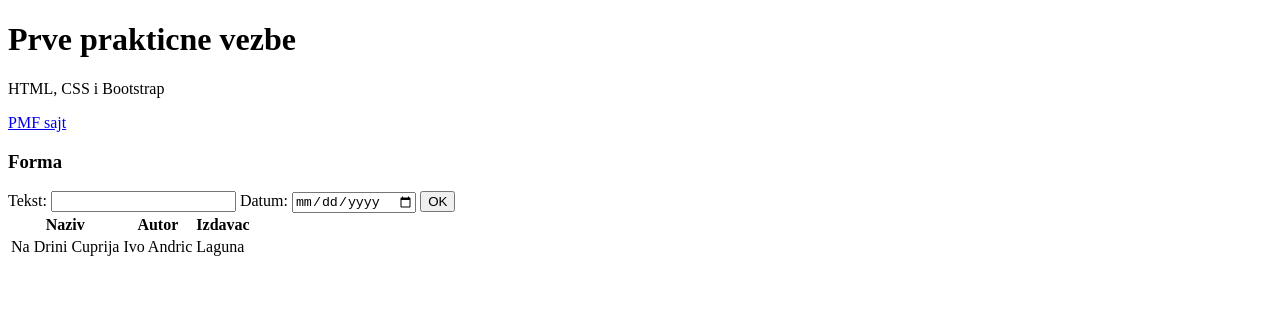
Repository: bojanludajic/Razvoj-Informacionih-Sistema
Page: Vezbe1/src/main/webapp/index.html
The author's editor kept a copy of each file at every save. The page is drawn from the files as they stood at one save, then again after the next save.
The browser window is 1280 px wide. The pictures show the whole page.

Above is the page before, as saved 2024-10-22 11:39:14.

After the next save:
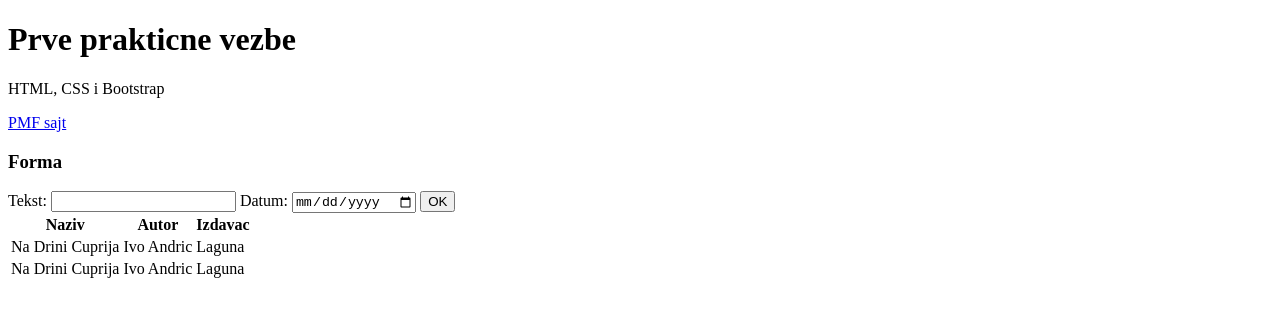
Saved 9 s later.
--- a/Vezbe1/src/main/webapp/index.html
+++ b/Vezbe1/src/main/webapp/index.html
@@ -26,7 +26,11 @@
 		<td>Na Drini Cuprija</td>
 		<td>Ivo Andric</td>
 		<td>Laguna</td>
-
+	</tr>
+	<tr>
+		<td>Na Drini Cuprija</td>
+		<td>Ivo Andric</td>
+		<td>Laguna</td>
 	</tr>
 </table>
 </body>
